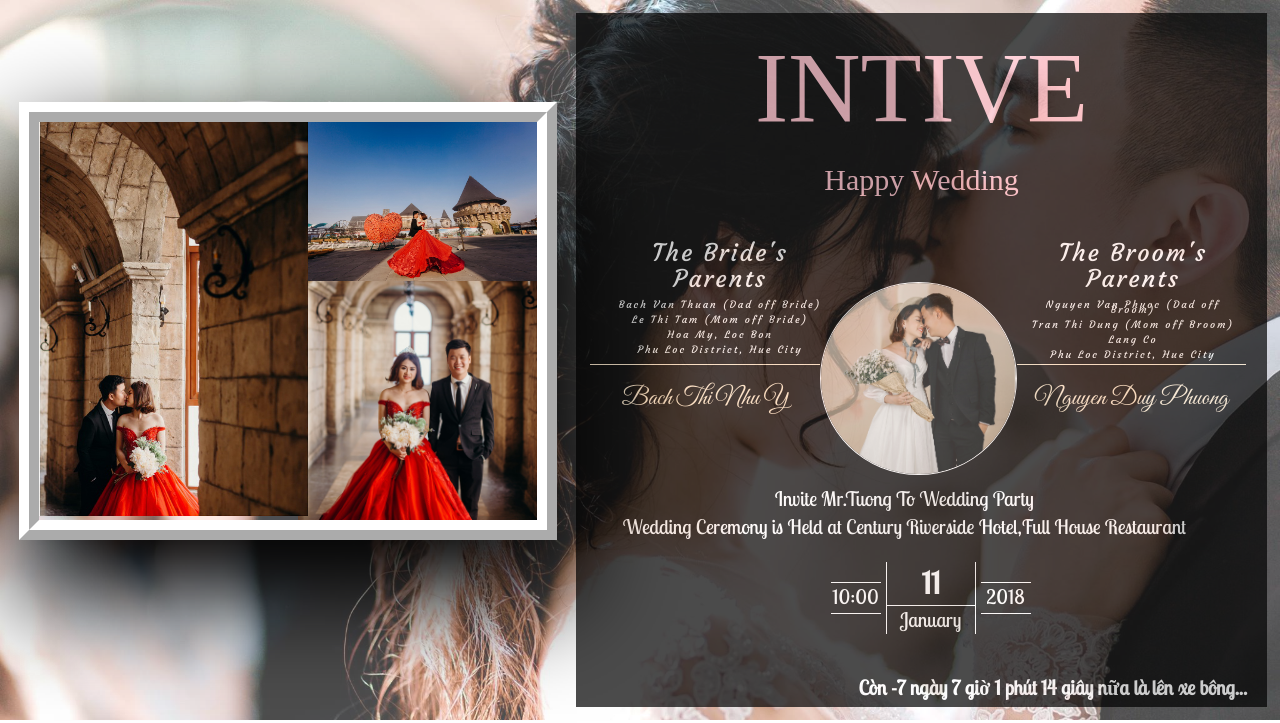
Repository: nguyenhuutuong999/WeddingOfSister
Page: index.html
An editor plug-in stored every save of this project. The page is shown before and after the next save, followed by the edit.
The browser window is 1280 px wide. The pictures show the whole page.
Some web fonts or font styles are not loaded; a fallback is used.

Above is the page before, as saved 2019-09-17 17:06:39.

After the next save:
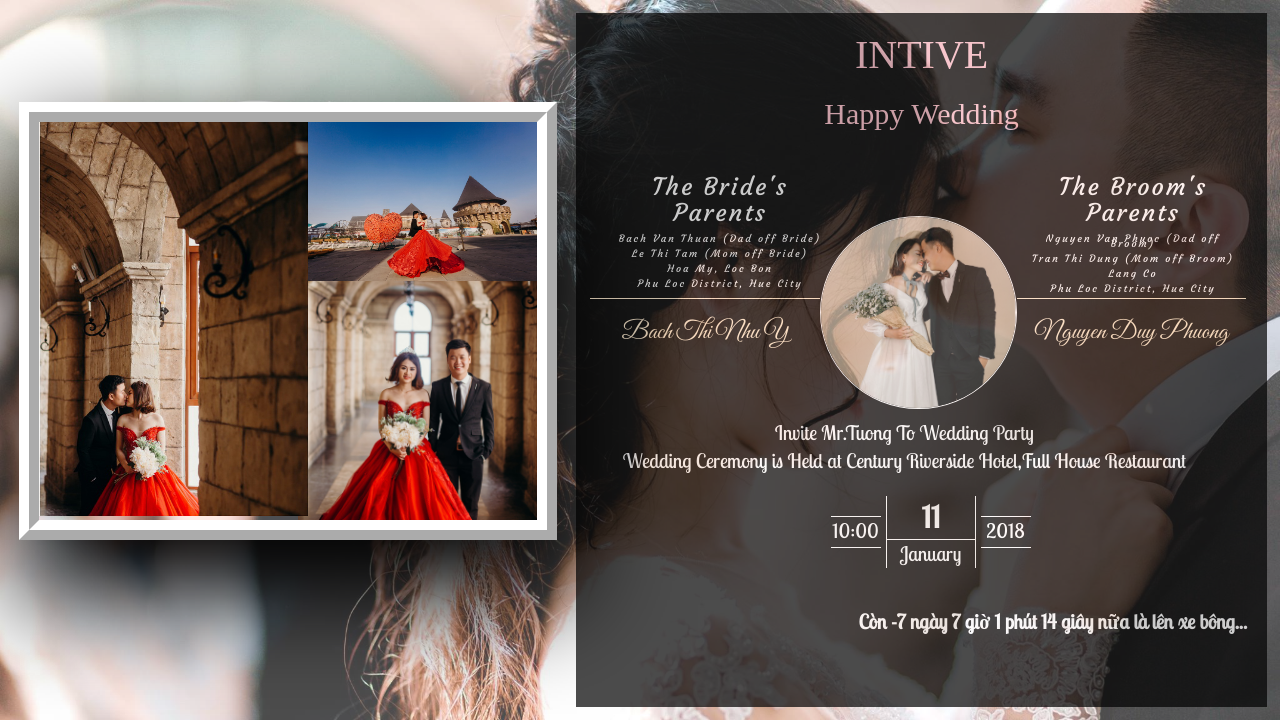
Saved 13 s later.
--- a/style.css
+++ b/style.css
@@ -333,7 +333,7 @@
 
   }
 
-  @media only screen and (max-width: 1280px) {
+  @media only screen and (max-width: 280px) {
 
     #container{
         display: flex;

After the 2 saves that followed:
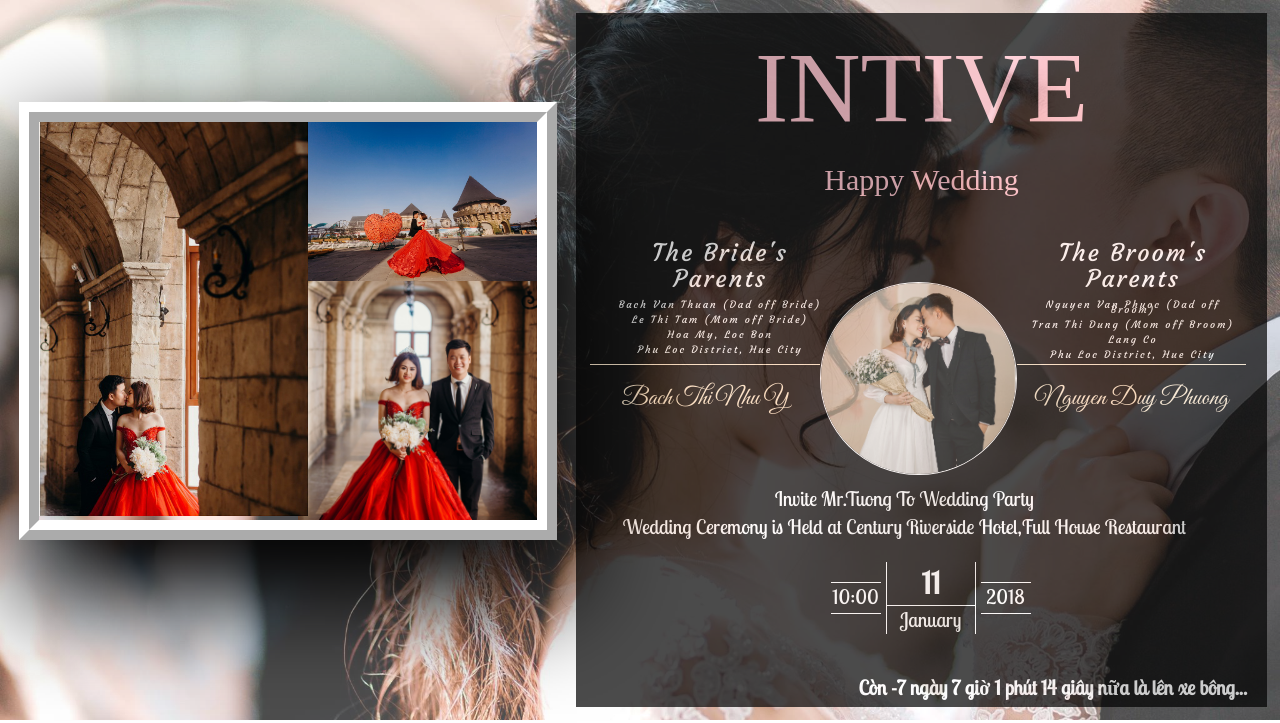
The 2 saves are shown as one change because they came seconds apart.
The last was saved 6 s later.
--- a/style.css
+++ b/style.css
@@ -333,7 +333,7 @@
 
   }
 
-  @media only screen and (max-width: 280px) {
+  @media only screen and (max-width: 2000px) {
 
     #container{
         display: flex;
